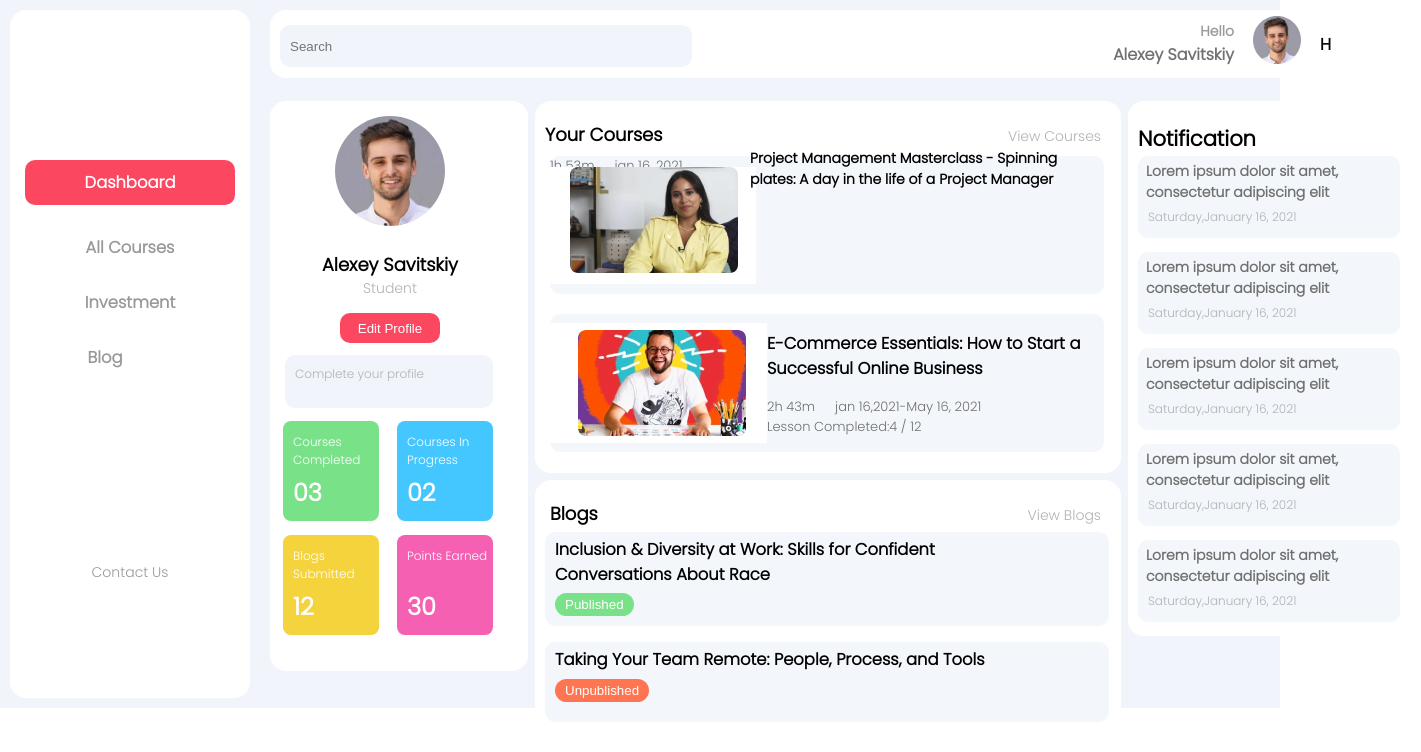
Repository: Anuruddha00/dashboard-design
Page: /
The author's editor kept a copy of each file at every save. The page is drawn from the files as they stood at one save, then again after the next save.
The browser window is 1280 px wide. The page is 1421 px wide, so the pictures cover 1421 px, including what lies to the right of the window. The pictures show the whole page.
The project was rebuilt for these pictures with package versions that can differ from the ones it lists, and the page was loaded fresh each time.

Above is the page before, as saved 2021-05-08 00:25:14.

After the next save:
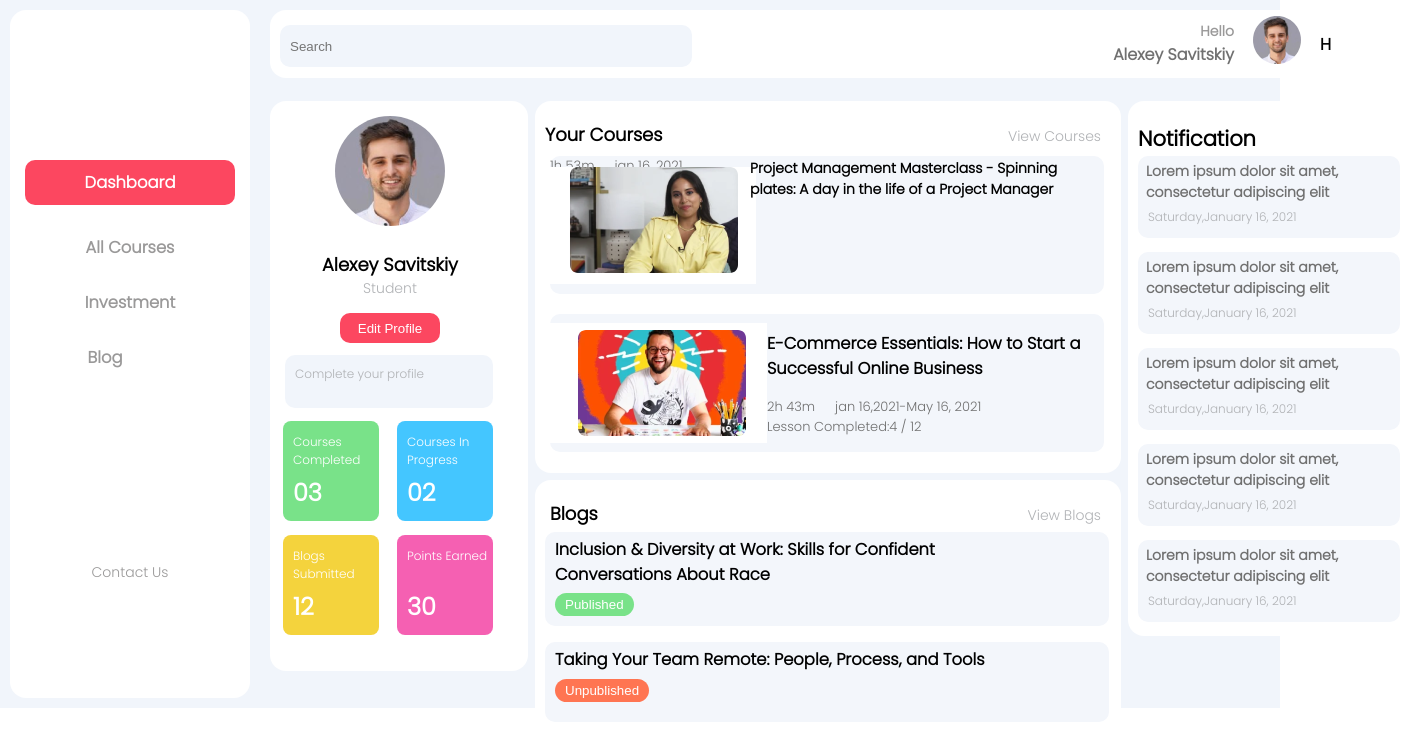
Saved 5 s later.
--- a/src/containers/Dashboard/Dashboard.scss
+++ b/src/containers/Dashboard/Dashboard.scss
@@ -295,7 +295,7 @@ body{
                                             font-size: 14px;
                                             position: absolute;
                                             left:200px;
-                                            bottom: 90px;
+                                            bottom: 80px;
                                         }
                                     }
 
